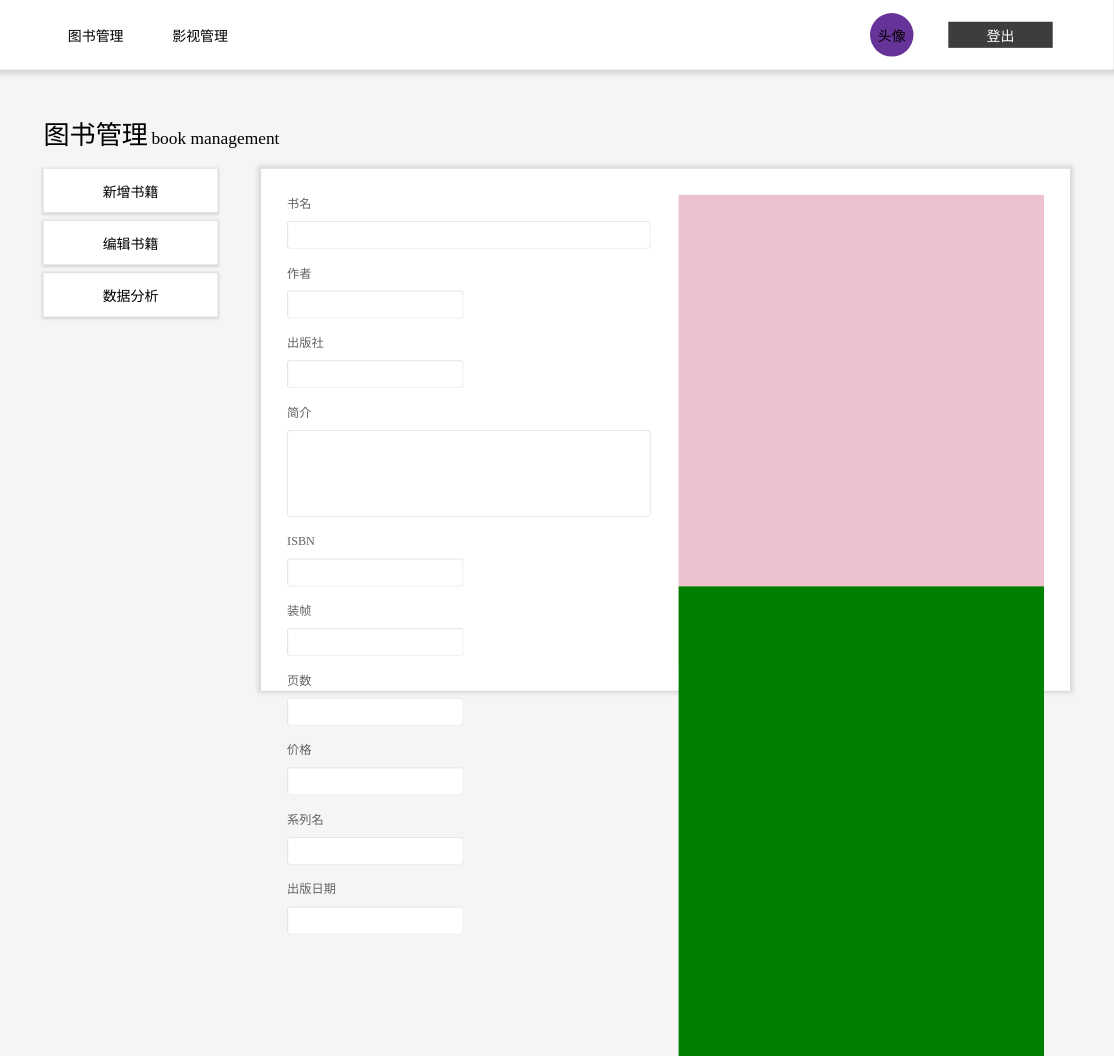
Repository: quanwangniuniu/Oasis-Reading-Platform
Page: /#/admin/books (app in Vue-frontend/)
The author's editor kept a copy of each file at every save. The page is drawn from the files as they stood at one save, then again after the next save.
The browser window is 1280 px wide. The pictures show the whole page, at 87% of full size.
Some web fonts or font styles are not loaded; a fallback is used. The project was rebuilt for these pictures with package versions that can differ from the ones it lists, and the page was loaded fresh each time. Also part of the build but not shown: Vue-frontend/vite.config.js, Vue-frontend/src/components/Test.vue, Vue-frontend/src/components/user/books/BookCard.vue, Vue-frontend/src/components/axios/config.js, Vue-frontend/src/components/axios/api.js, Vue-frontend/src/components/user/books/Books.vue, Vue-frontend/src/components/user/movies/Favourites.vue, Vue-frontend/src/components/user/explore/Explore.vue and 10 more.

Above is the page before, as saved 2023-04-13 16:51:09.

After the next save:
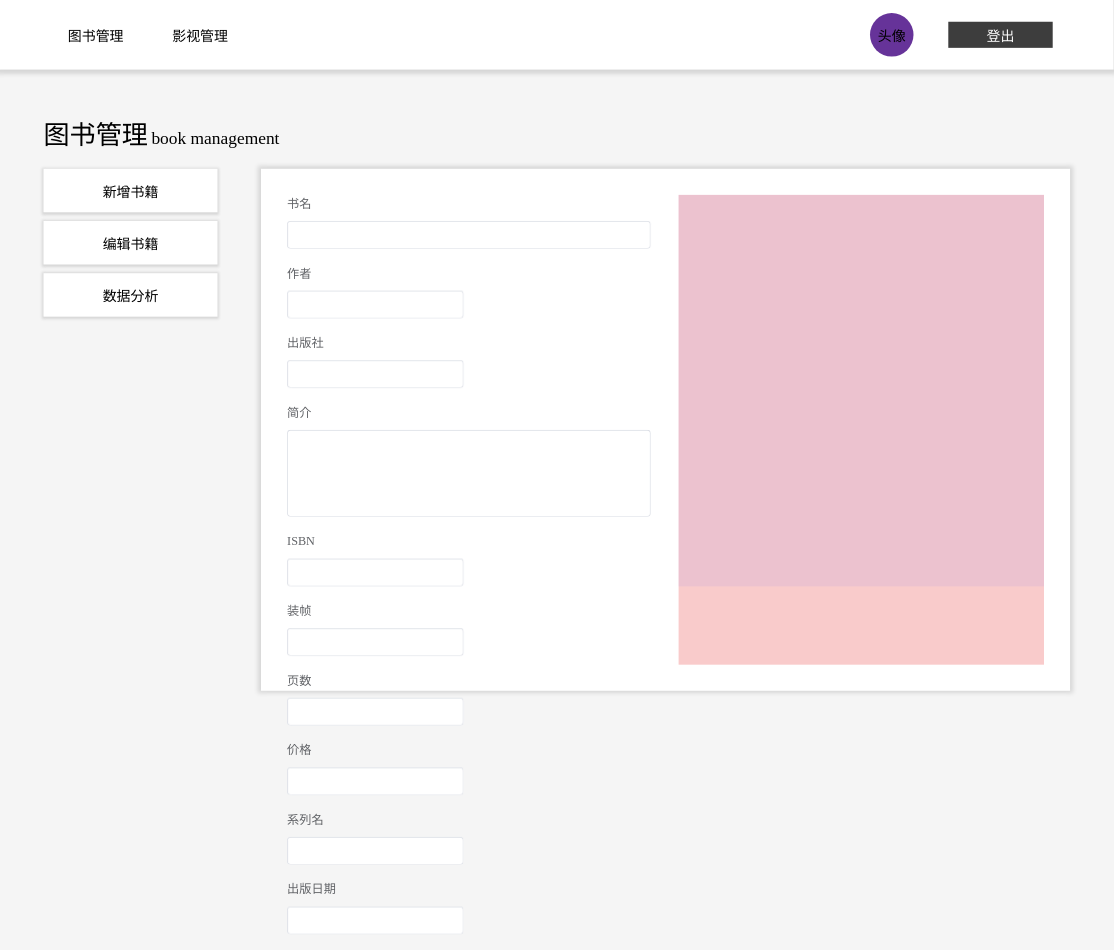
Saved 8 s later.
--- a/Vue-frontend/src/components/admin/bookManagement/BookManagement.vue
+++ b/Vue-frontend/src/components/admin/bookManagement/BookManagement.vue
@@ -139,7 +139,6 @@ const bookItem = ref({
 }
 
 .submit{
-  height: 100%;
   width: 100%;
   background-color: green;
 }
